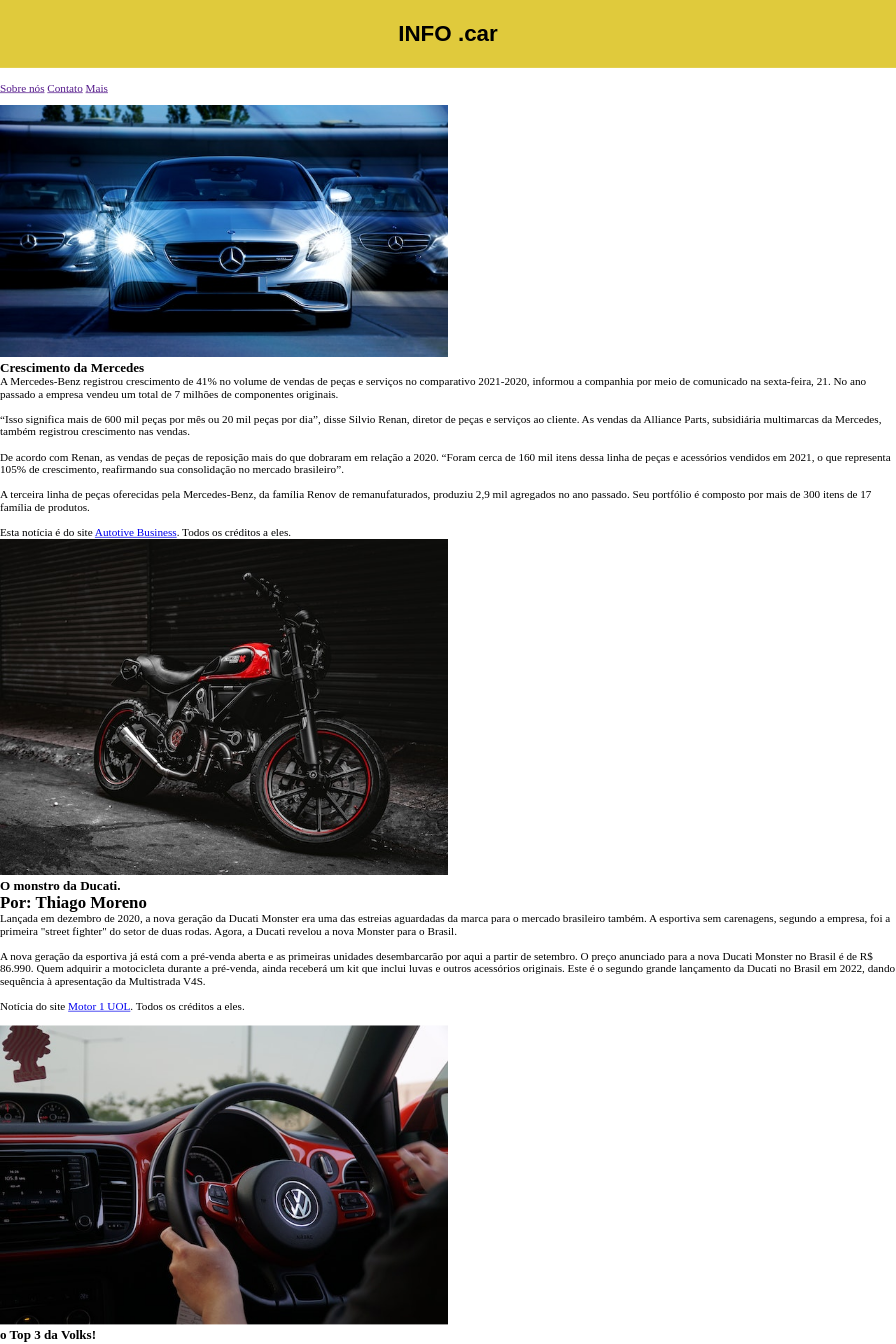
Repository: Leonngc/projeto-info.car
Page: index.html
The author's editor kept a copy of each file at every save. The page is drawn from the files as they stood at one save, then again after a run of saves.
The browser window is 1280 px wide. The pictures show the part of the page from y = 0 to 1920 px (the page is 3343 px tall), at 70% of full size.
Some web fonts or font styles are not loaded; a fallback is used.

Above is the page before, as saved 2022-10-30 12:30:02.

After the next 3 saves:
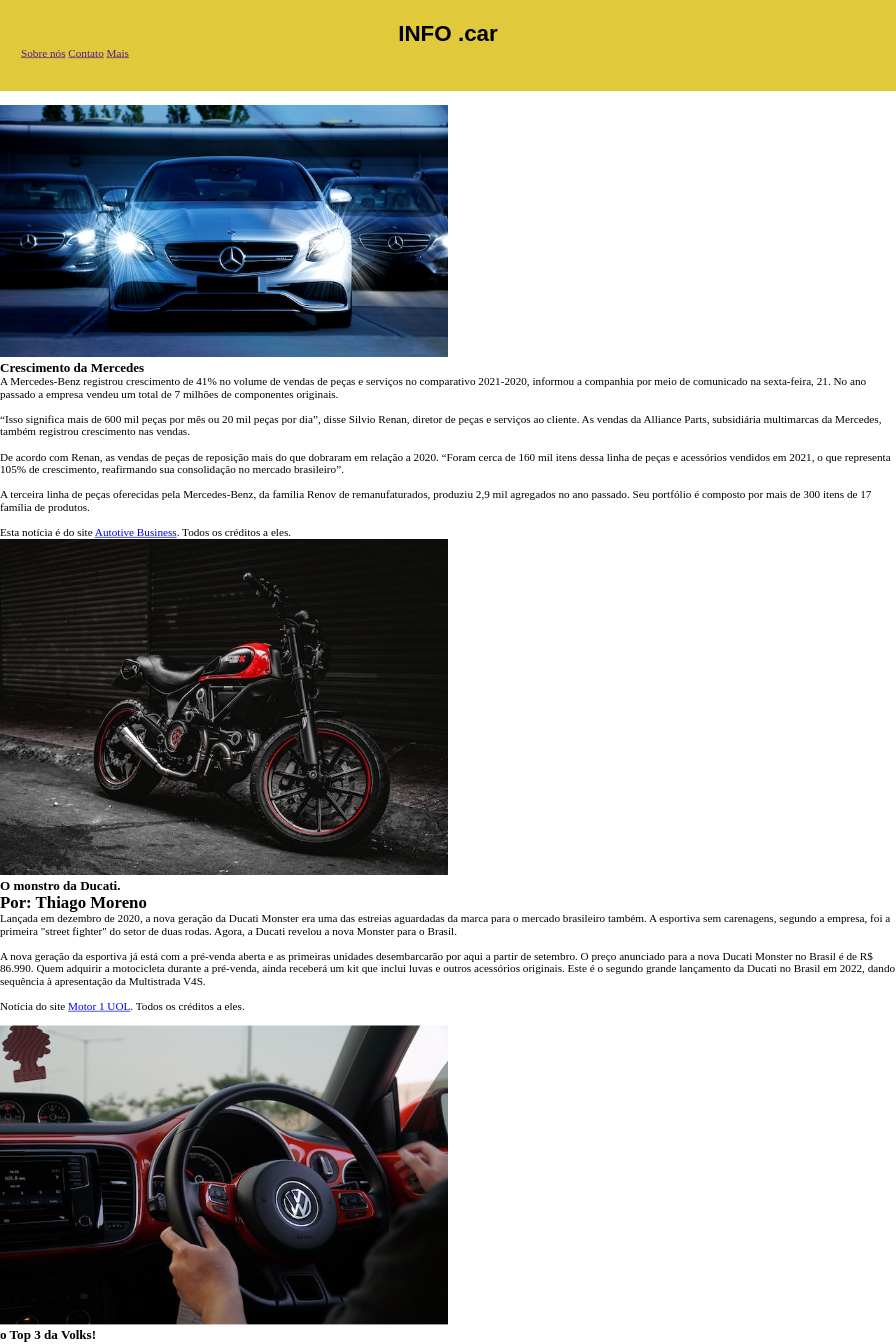
The 3 saves are shown as one change because they came seconds apart.
The last was saved 22 s later.
--- a/index.html
+++ b/index.html
@@ -12,13 +12,13 @@
 <body>
     <header>
         <h1 class="title">INFO .car</h1>
-
-    </header>
-            <div>
-            <section id="section-buttons">
+        <section id="section-buttons">
             <a href="">Sobre nós</a>
             <a href="">Contato</a>
             <a href="">Mais</a>
+    </header>
+            <div>
+
             </div>
         </section>
     <main>
